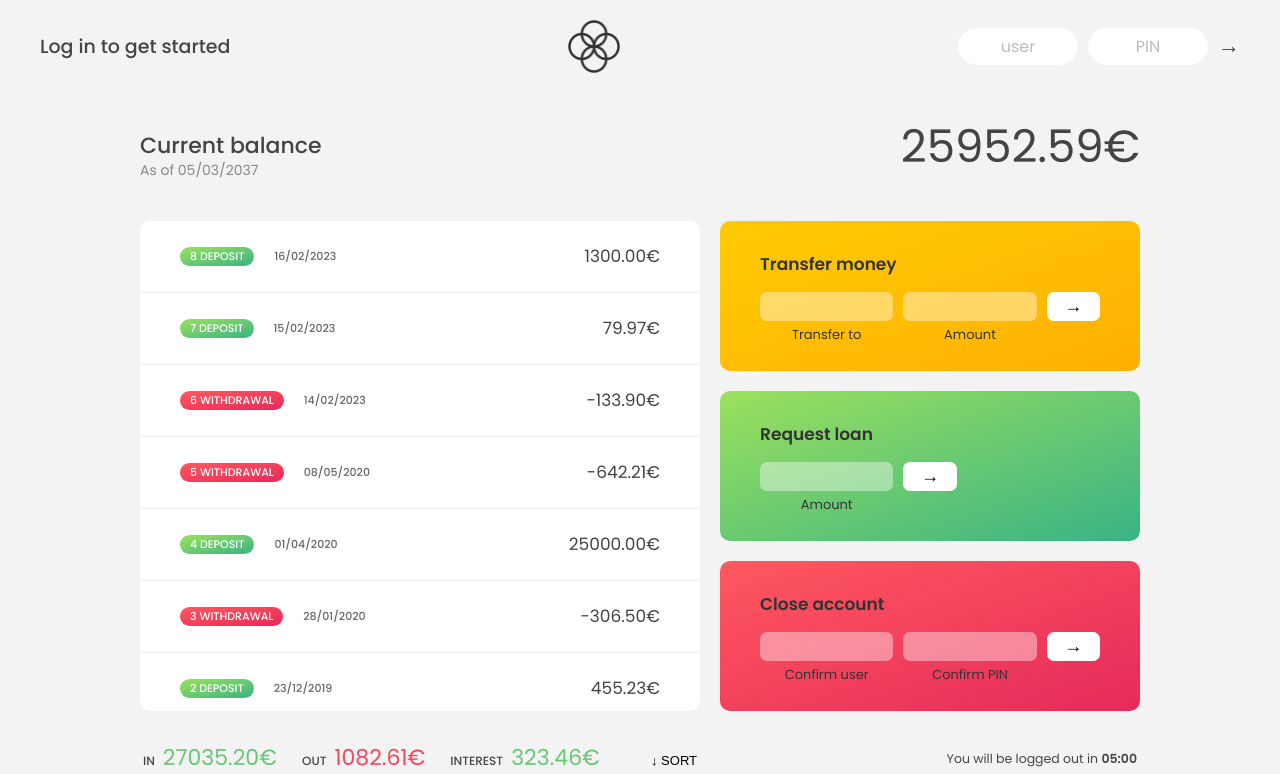
Repository: otvertka/jsc_12
Page: index.html
These files come from the project's save history. The page is drawn as it stood at one moment and after the next save; the edit follows.
The browser window is 1280 px wide. The pictures show the whole page.
An inner scrolling area shows only its first screen.

Above is the page before, as saved 2023-02-17 12:34:49.

After the next save:
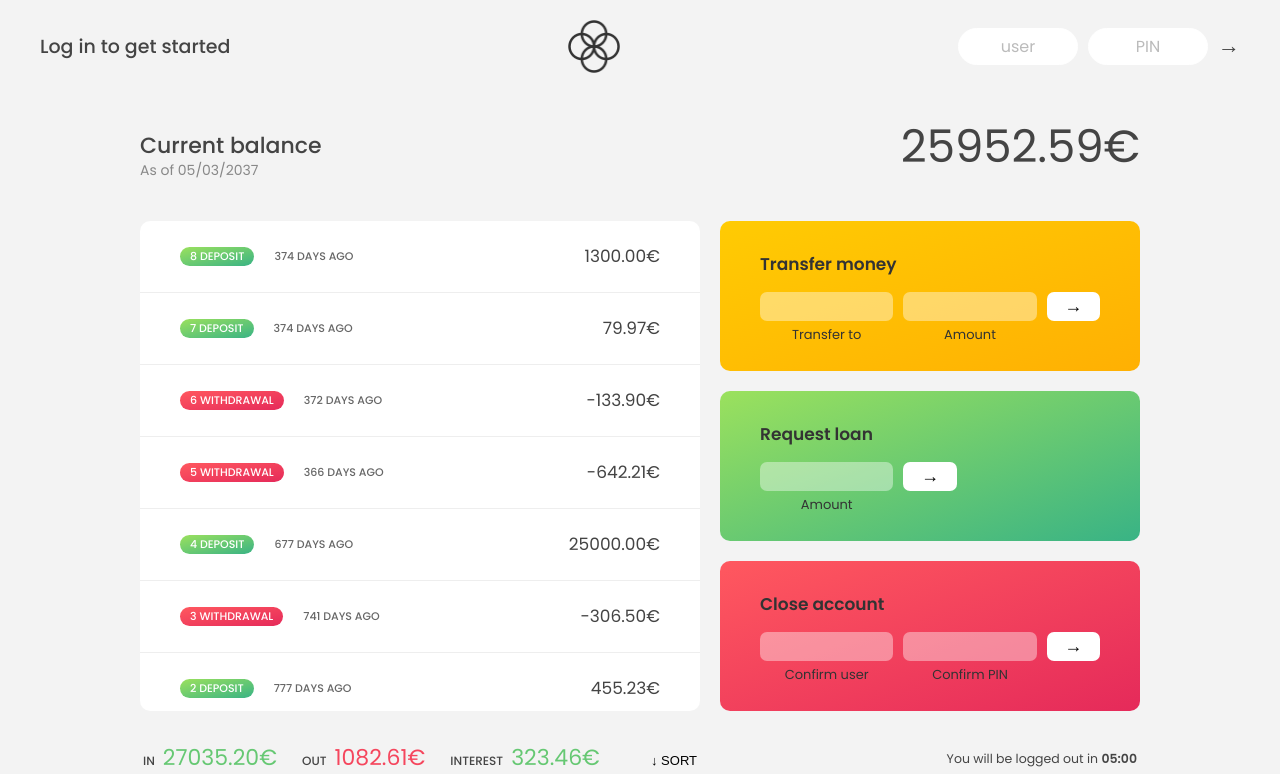
Saved 3 min 17 s later.
--- a/script.js
+++ b/script.js
@@ -20,7 +20,7 @@ const account1 = {
     '2019-12-23T07:42:02.383Z',
     '2020-01-28T09:15:04.904Z',
     '2020-04-01T10:17:24.185Z',
-    '2020-05-08T14:11:59.604Z',
+    '2023-02-08T14:11:59.604Z',
     '2023-02-14T17:01:17.194Z',
     '2023-02-15T23:36:17.929Z',
     '2023-02-16T10:51:36.790Z',
@@ -87,6 +87,10 @@ const formatMovementDate = function (date) {
   const daysPassed = calcDaysPassed(new Date(), date);
   console.log(daysPassed);
 
+  if (daysPassed === 0) return 'Today';
+  if (daysPassed === 1) return 'Yesterday';
+  if (daysPassed >= 7) return `${daysPassed} days ago`;
+
   const now = new Date();
   const day = `${date.getDate()}`.padStart(2, 0); // дата начинается с 01 (2 - колич. цифр, 0 - начало отсчёта)
   const month = `${date.getMonth() + 1}`.padStart(2, 0); // месяц начинается с 01 (2 - колич. цифр, 0 - начало отсчёта)
